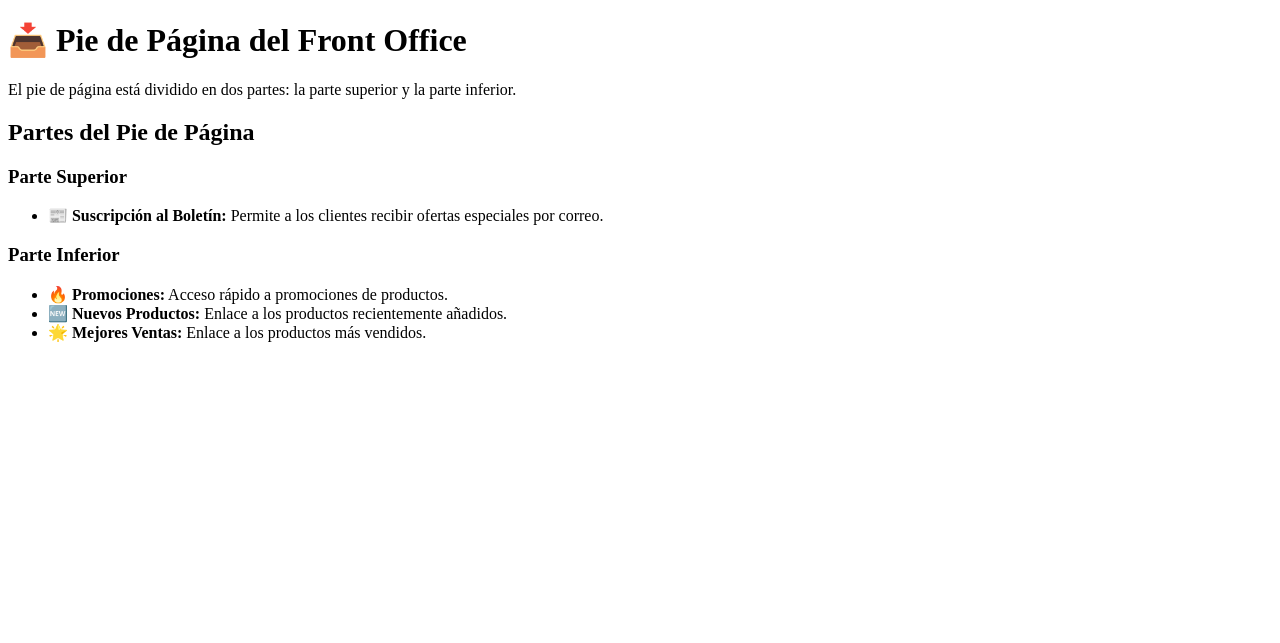
Repository: mag00s/documentacion-prestashop
Page: footer.html
An editor plug-in stored every save of this project. The page is shown before and after the next save, followed by the edit.
The browser window is 1280 px wide. The pictures show the whole page.

Above is the page before, as saved 2024-11-13 16:48:33.

After the next save:
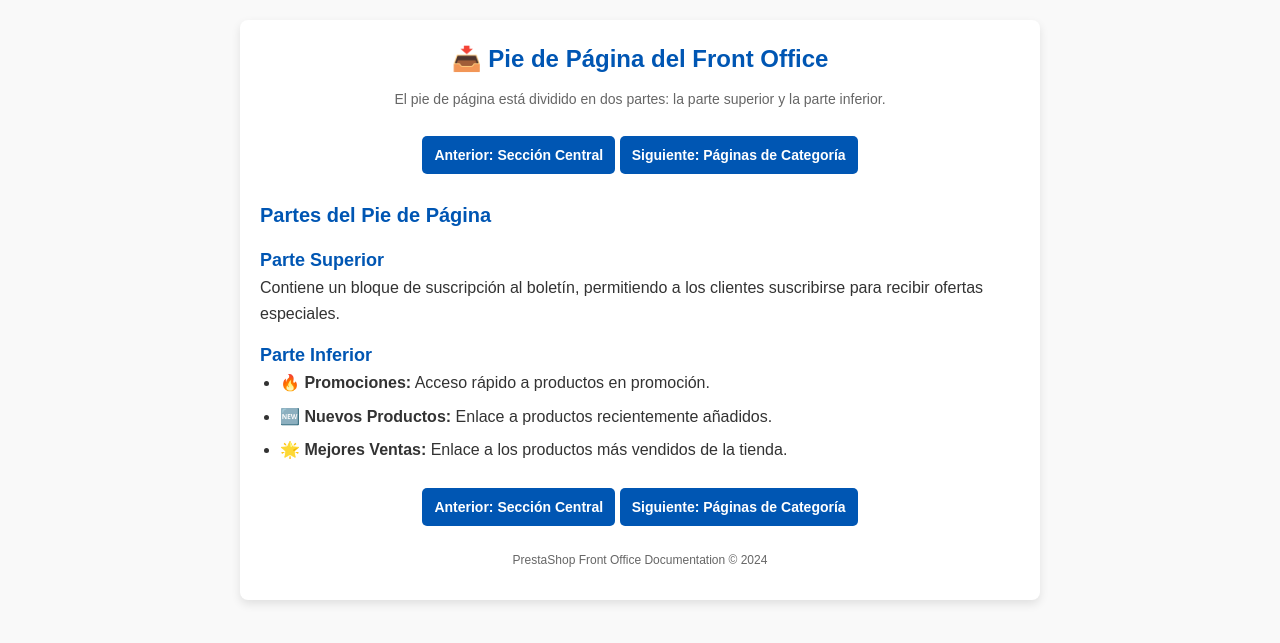
Saved 41 s later.
--- a/footer.html
+++ b/footer.html
@@ -2,25 +2,42 @@
 <html lang="es">
 <head>
     <meta charset="UTF-8">
+    <meta name="viewport" content="width=device-width, initial-scale=1.0">
     <title>Pie de Página del Front Office - Manual</title>
+    <link rel="stylesheet" href="styles.css">
 </head>
 <body>
-    <footer>
-        <h1>📥 Pie de Página del Front Office</h1>
-        <p>El pie de página está dividido en dos partes: la parte superior y la parte inferior.</p>
+    <div class="container">
+        <header>
+            <h1>📥 Pie de Página del Front Office</h1>
+            <p>El pie de página está dividido en dos partes: la parte superior y la parte inferior.</p>
+        </header>
 
-        <h2>Partes del Pie de Página</h2>
-        <h3>Parte Superior</h3>
-        <ul>
-            <li>📰 <strong>Suscripción al Boletín:</strong> Permite a los clientes recibir ofertas especiales por correo.</li>
-        </ul>
+        <nav>
+            <a href="central-section.html" class="button-link">Anterior: Sección Central</a>
+            <a href="category-page.html" class="button-link">Siguiente: Páginas de Categoría</a>
+        </nav>
 
-        <h3>Parte Inferior</h3>
-        <ul>
-            <li>🔥 <strong>Promociones:</strong> Acceso rápido a promociones de productos.</li>
-            <li>🆕 <strong>Nuevos Productos:</strong> Enlace a los productos recientemente añadidos.</li>
-            <li>🌟 <strong>Mejores Ventas:</strong> Enlace a los productos más vendidos.</li>
-        </ul>
-    </footer>
+        <section>
+            <h2>Partes del Pie de Página</h2>
+            <h3>Parte Superior</h3>
+            <p>Contiene un bloque de suscripción al boletín, permitiendo a los clientes suscribirse para recibir ofertas especiales.</p>
+
+            <h3>Parte Inferior</h3>
+            <ul>
+                <li>🔥 <strong>Promociones:</strong> Acceso rápido a productos en promoción.</li>
+                <li>🆕 <strong>Nuevos Productos:</strong> Enlace a productos recientemente añadidos.</li>
+                <li>🌟 <strong>Mejores Ventas:</strong> Enlace a los productos más vendidos de la tienda.</li>
+            </ul>
+        </section>
+
+        <footer>
+            <nav>
+                <a href="central-section.html" class="button-link">Anterior: Sección Central</a>
+                <a href="category-page.html" class="button-link">Siguiente: Páginas de Categoría</a>
+            </nav>
+            <p>PrestaShop Front Office Documentation © 2024</p>
+        </footer>
+    </div>
 </body>
 </html>
